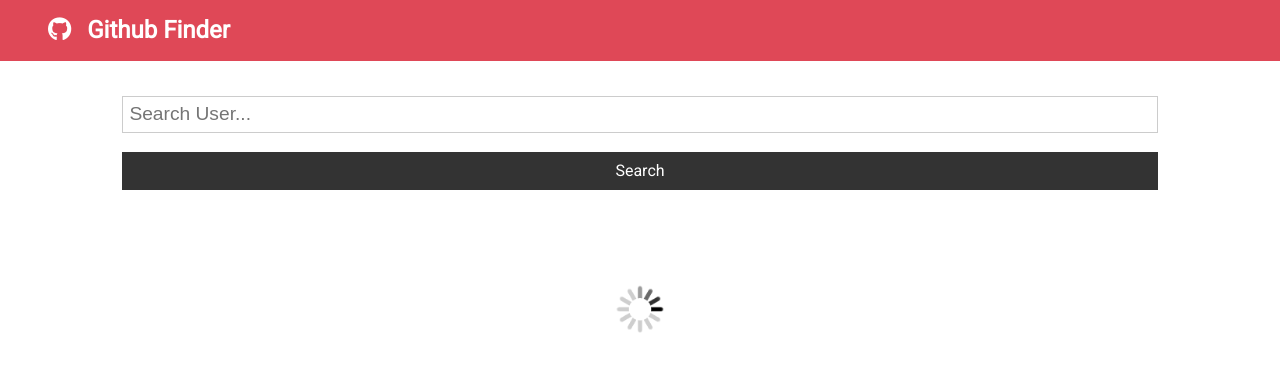
Repository: Garry028/Github-Finder
Page: /
An editor plug-in stored every save of this project. The page is shown before and after the next save, followed by the edit.
The browser window is 1280 px wide. The pictures show the whole page.
The page's requests for data from a server got no answer. Some web libraries are served in a nearby version. The project was rebuilt for these pictures with package versions that can differ from the ones it lists, and the page was loaded fresh each time. No one was signed in, and anything a server would have sent is missing. Also part of the build but not shown: src/Components/Users/UserItem.js.

Above is the page before, as saved 2022-08-08 12:19:53.

### public/index.html
<!DOCTYPE html>
<html lang="en">
  <head>
    <meta charset="utf-8" />
    <link rel="icon" href="%PUBLIC_URL%/favicon.ico" />
    <meta name="viewport" content="width=device-width, initial-scale=1" />
    <meta name="theme-color" content="#000000" />
    <meta
      name="description"
      content="Web site created using create-react-app"
    />
    <link rel="apple-touch-icon" href="%PUBLIC_URL%/logo192.png" />

    <link rel="manifest" href="%PUBLIC_URL%/manifest.json" />
    <script src="https://kit.fontawesome.com/fa0a123442.js" crossorigin="anonymous"></script>
    <title>Github Finder</title>
  </head>
  <body>
    <noscript>You need to enable JavaScript to run this app.</noscript>
    <div id="root"></div>

  </body>
</html>

### src/App.js
import './App.css';
import React, { Component } from 'react'
import Navbar from './Components/layout/Navbar';
import Users from './Components/Users/Users';
import axios from 'axios';
import Search from './Components/Users/Search';



class App extends Component {

  state = {
    users: [],
    loading: false
  }

  async componentDidMount() {


    this.setState({ loading: true });

    const res = await axios.get(`https://api.github.com/users?client_id=${process.env.REACT_APP_GITHUB_CLIENT_ID}&client_secret=${process.env.REACT_APP_GITHUB_CLIENT_SECRET}`);

    this.setState({ users: res.data.items, loading: false });
  }
  //componentDidMount Called immediately after a component is mounted. Setting state here will trigger re-rendering.

  // search github users
  searchUsers = async text => {

    const res = await axios.get(`https://api.github.com/search/users?q=${text}&client_id=${process.env.REACT_APP_GITHUB_CLIENT_ID}&client_secret=${process.env.REACT_APP_GITHUB_CLIENT_SECRET}`);

     this.setState({})
  };


render() {
  return (
    <div className='App'>
      <Navbar title={"Github Finder"} />
      <div className="container">
        <Search searchUsers={this.searchUsers} />
        <Users loading={this.state.loading} users={this.state.users} />
      </div>
    </div>
  )
}
}
export default App;

### src/App.css
@import url('https://fonts.googleapis.com/css?family=Roboto');

/* Global Styles */
:root {
  --primary-color: #dc3545;
  --dark-color: #333333;
  --light-color: #f4f4f4;
  --danger-color: #dc3545;
  --success-color: #28a745;
}

* {
  box-sizing: border-box;
  margin: 0;
  padding: 0;
}

body {
  font-family: 'Roboto', sans-serif;
  font-size: 1rem;
  line-height: 1.6;
  background-color: #fff;
  color: #333;
}

a {
  color: var(--primary-color);
  text-decoration: none;
}

a:hover {
  color: #666;
}

ul {
  list-style: none;
}

img {
  width: 100%;
}

/* Utilities */
.container {
  max-width: 1100px;
  margin: auto;
  overflow: hidden;
  padding: 0 2rem;
}

/* Text Styles*/
.x-large {
  font-size: 4rem;
  line-height: 1.2;
  margin-bottom: 1rem;
}

.large {
  font-size: 3rem;
  line-height: 1.2;
  margin-bottom: 1rem;
}

.lead {
  font-size: 1.5rem;
  margin-bottom: 1rem;
}

.text-center {
  text-align: center;
}

.text-primary {
  color: var(--primary-color);
}

.text-dark {
  color: var(--dark-color);
}

.text-success {
  color: var(--success-color);
}

.text-danger {
  color: var(--danger-color);
}

.text-center {
  text-align: center;
}

.text-right {
  text-align: right;
}

.text-left {
  text-align: left;
}

/* Center All */
.all-center {
  display: flex;
  flex-direction: column;
  width: 100%;
  margin: auto;
  justify-content: center;
  align-items: center;
  text-align: center;
}

/* Cards */
.card {
  padding: 1rem;
  border: #ccc 1px dotted;
  margin: 0.7rem 0;
}

/* List */
.list {
  margin: 0.5rem 0;
}

.list li {
  padding-bottom: 0.3rem;
}

/* Padding */
.p {
  padding: 0.5rem;
}
.p-1 {
  padding: 1rem;
}
.p-2 {
  padding: 2rem;
}
.p-3 {
  padding: 3rem;
}
.py {
  padding: 0.5rem 0;
}
.py-1 {
  padding: 1rem 0;
}
.px-1{
  padding:0 1rem ;
}
.py-2 {
  padding: 2rem 0;
}
.py-3 {
  padding: 3rem 0;
}

/* Margin */
.m {
  margin: 0.5rem;
}
.m-1 {
  margin: 1rem;
}
.m-2 {
  margin: 2rem;
}
.m-3 {
  margin: 3rem;
}
.my {
  margin: 0.5rem 0;
}
.my-1 {
  margin: 1rem 0;
}
.my-2 {
  margin: 2rem 0;
}
.my-3 {
  margin: 3rem 0;
}

/* Grid */
.grid-2 {
  display: grid;
  grid-template-columns: repeat(2, 1fr);
  grid-gap: 1rem;
}

.grid-3 {
  display: grid;
  grid-template-columns: repeat(3, 1fr);
  grid-gap: 1rem;
}

.grid-4 {
  display: grid;
  grid-template-columns: repeat(4, 1fr);
  grid-gap: 1rem;
}

.btn {
  display: inline-block;
  background: var(--light-color);
  color: #333;
  padding: 0.4rem 1.3rem;
  font-size: 1rem;
  border: none;
  cursor: pointer;
  margin-right: 0.5rem;
  transition: opacity 0.2s ease-in;
  outline: none;
}

.btn-link {
  background: none;
  padding: 0;
  margin: 0;
}

.btn-block {
  display: block;
  width: 100%;
}

.btn-sm {
  font-size: 0.8rem;
  padding: 0.3rem 1rem;
  margin-right: 0.2rem;
}

.badge {
  display: inline-block;
  font-size: 0.8rem;
  padding: 0.2rem 0.7rem;
  text-align: center;
  margin: 0.3rem;
  background: var(--light-color);
  color: #333;
  border-radius: 5px;
}

.alert {
  padding: 0.7rem;
  margin: 1rem 0;
  opacity: 0.9;
  background: var(--light-color);
  color: #333;
}

.btn-primary,
.bg-primary,
.badge-primary,
.alert-primary {
  background: var(--primary-color);
  color: #fff;
}

.btn-light,
.bg-light,
.badge-light,
.alert-light {
  background: var(--light-color);
  color: #333;
}

.btn-dark,
.bg-dark,
.badge-dark,
.alert-dark {
  background: var(--dark-color);
  color: #fff;
}

.btn-danger,
.bg-danger,
.badge-danger,
.alert-danger {
  background: var(--danger-color);
  color: #fff;
}

.btn-success,
.bg-success,
.badge-success,
.alert-success {
  background: var(--success-color);
  color: #fff;
}

.btn-white,
.bg-white,
.badge-white,
.alert-white {
  background: #fff;
  color: #333;
  border: #ccc solid 1px;
}

.btn:hover {
  opacity: 0.8;
}

.bg-light,
.badge-light {
  border: #ccc solid 1px;
}

.round-img {
  border-radius: 50%;
}

/* Forms */
input {
  margin: 1.2rem 0;
}

.form-text {
  display: block;
  margin-top: 0.3rem;
  color: #888;
}

input[type='text'],
input[type='email'],
input[type='password'],
input[type='date'],
select,
textarea {
  display: block;
  width: 100%;
  padding: 0.4rem;
  font-size: 1.2rem;
  border: 1px solid #ccc;
}

input[type='submit'],
button {
  font: inherit;
}

table th,
table td {
  padding: 1rem;
  text-align: left;
}

table th {
  background: var(--light-color);
}

/* Navbar */
.navbar {
  display: flex;
  justify-content: space-between;
  align-items: center;
  padding: 0.7rem 2rem;
  z-index: 1;
  width: 100%;
  opacity: 0.9;
  margin-bottom: 1rem;
}

.navbar ul {
  display: flex;
}

.navbar a {
  color: #fff;
  padding: 0.45rem;
  margin: 0 0.25rem;
}

.navbar a:hover {
  color: var(--light-color);
}

.navbar .welcome span {
  margin-right: 0.6rem;
}

/* Mobile Styles */
@media (max-width: 700px) {
  .hide-sm {
    display: none;
  }

  .grid-2,
  .grid-3,
  .grid-4 {
    grid-template-columns: 1fr;
  }

  /* Text Styles */
  .x-large {
    font-size: 3rem;
  }

  .large {
    font-size: 2rem;
  }

  .lead {
    font-size: 1rem;
  }

  /* Navbar */
  .navbar {
    display: block;
    text-align: center;
  }

  .navbar ul {
    text-align: center;
    justify-content: center;
  }
}

### src/Components/layout/Navbar.js
import React from "react";

const Navbar = (props) =>{

        return (
            <nav className="navbar bg-primary">
                <h1>
                    <i className="fab fa-github px-1" />{props.title}
                </h1>
            </nav>
        );
}
export default Navbar;

### src/Components/Users/Users.js
import React from 'react'
import Spinner from '../layout/Spinner';
import UserItem from './UserItem';
import PropTypes from 'prop-types';

const Users = ({ users, loading }) => {

    if (loading) {
        return <Spinner/>
    }
    else {
        return (
            <div style={userStyle}>
                {users.map(user => (
                    <UserItem key={user.id} user={user} />
                ))}
            </div>
        )
    }
}

Users.propTypes={
    users:PropTypes.array.isRequired,
    loading:PropTypes.bool.isRequired
}
// this is type checking

const userStyle = {

    display: 'grid',
    gridTemplateColumns: 'repeat(3,1fr)',
    gridGap: '1rem'
}


export default Users;

### src/Components/Users/Search.js
import React, { Component } from 'react'

class Search extends Component {

    state = {
        text: ''
    };

    onChange= (e) =>{
      this.setState({[e.target.name]:e.target.value});
    }

    onSubmit= (e) =>{
      e.preventDefault();
      this.props.searchUsers(this.state.text); // sending the props up
      this.setState({text:""});
    }

    render() {
        return (
            <div>
                <form onSubmit={this.onSubmit} className="form">
                    <input type="text" name='text' placeholder='Search User...' value={this.state.text} onChange={this.onChange} />
                    <input type="submit" value="Search" className='btn btn-dark btn-block' />
                </form>
            </div>
        )
    }
}

export default Search;

### src/Components/layout/Spinner.js
import React from 'react';
import spinner from './spinner.gif';

const Spinner = () => {
  return (
    <>
    <img src={spinner} alt="Loading..." style={myStyle} />
    </>
  )
}
const myStyle ={
    width:'200px',
    margin:'auto',
    display:'block'
}
export default Spinner;

Loaded but not shown: src/index.js (common file); src/reportWebVitals.js (common file)

After the next save:
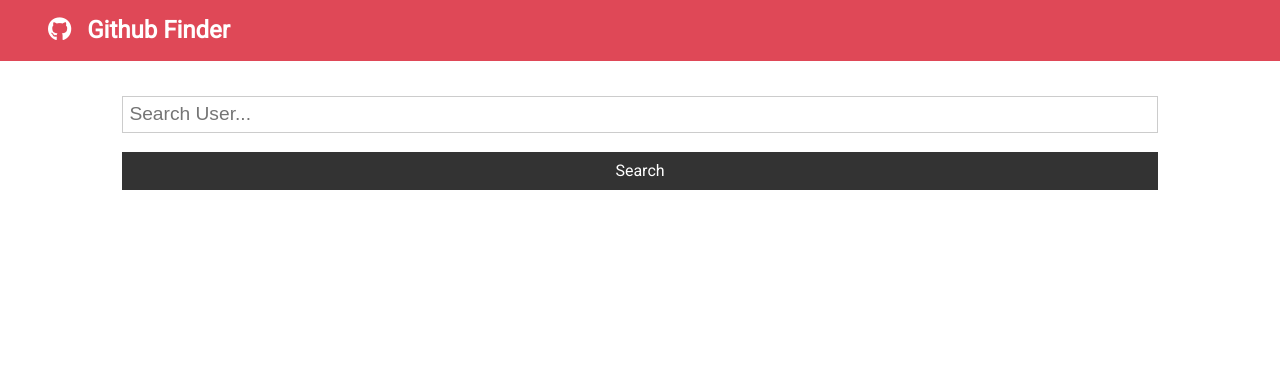
Saved 18 s later.
--- a/src/App.js
+++ b/src/App.js
@@ -14,15 +14,15 @@ class App extends Component {
     loading: false
   }
 
-  async componentDidMount() {
+  // async componentDidMount() {
 
 
-    this.setState({ loading: true });
+  //   this.setState({ loading: true });
 
-    const res = await axios.get(`https://api.github.com/users?client_id=${process.env.REACT_APP_GITHUB_CLIENT_ID}&client_secret=${process.env.REACT_APP_GITHUB_CLIENT_SECRET}`);
+  //   const res = await axios.get(`https://api.github.com/users?client_id=${process.env.REACT_APP_GITHUB_CLIENT_ID}&client_secret=${process.env.REACT_APP_GITHUB_CLIENT_SECRET}`);
 
-    this.setState({ users: res.data.items, loading: false });
-  }
+  //   this.setState({ users: res.data.items, loading: false });
+  // }
   //componentDidMount Called immediately after a component is mounted. Setting state here will trigger re-rendering.
 
   // search github users
